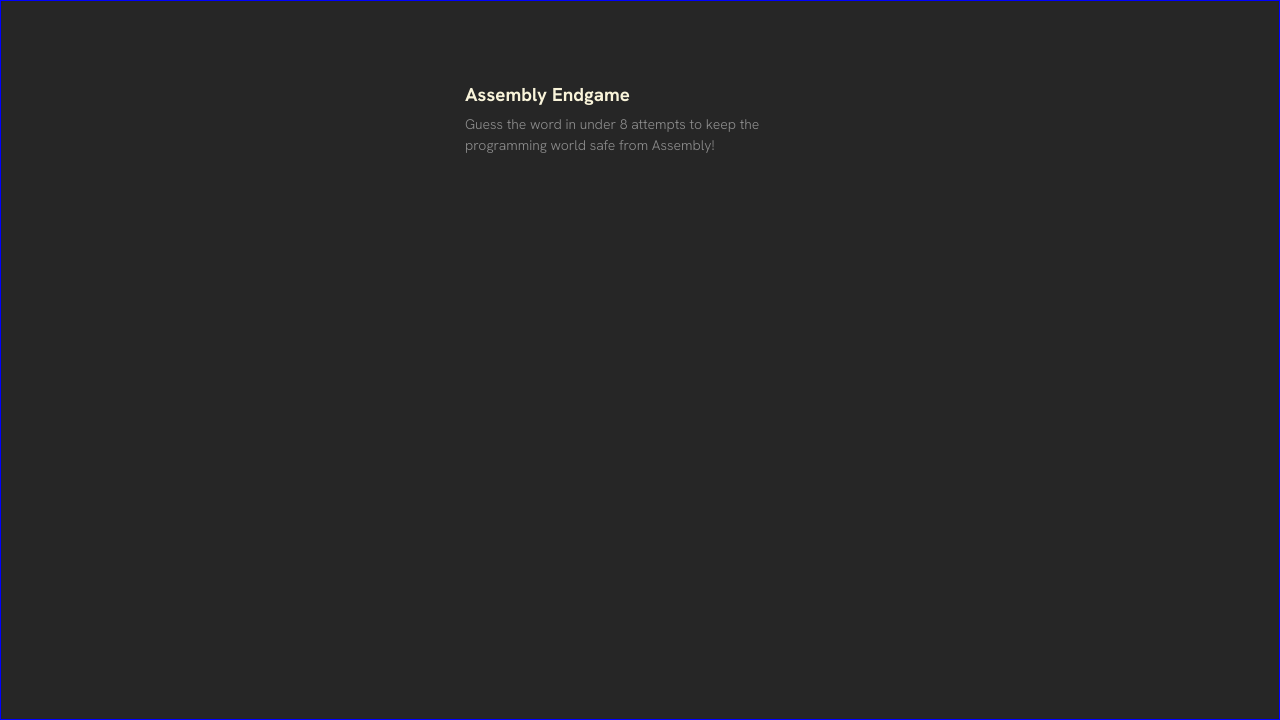
Repository: AchrafAzzaoui/AssemblyEndgame
Page: / (app in assembly-endgame/)
An editor plug-in stored every save of this project. The page is shown before and after the next save, followed by the edit.
The browser window is 1280 px wide. The pictures show the whole page.
The project was rebuilt for these pictures with package versions that can differ from the ones it lists, and the page was loaded fresh each time. Also part of the build but not shown: assembly-endgame/vite.config.js.

Above is the page before, as saved 2024-12-24 20:10:12.

### assembly-endgame/index.html
<!DOCTYPE html>
<html lang="en">
  <head>
    <meta charset="UTF-8" />
    <link rel="icon" type="image/svg+xml" href="/vite.svg" />
    <meta name="viewport" content="width=device-width, initial-scale=1.0" />
    <link
      href="https://fonts.googleapis.com/css2?family=Hanken+Grotesk:wght@300;400;500;600;700&display=swap"
      rel="stylesheet"
    />
    <title>Assembly Endgame</title>
  </head>
  <body>
    <div id="root"></div>
    <script type="module" src="/src/main.jsx"></script>
  </body>
</html>

### assembly-endgame/src/index.css
* {
  margin: 0;
  padding: 0;
  box-sizing: border-box;
}
body {
  font-family: "Hanken Grotesk", sans-serif;
  background-color: #262626;
  color: #d9d9d9;
  padding: 80px 40px;
  height: 100vh;
  display: flex;
  justify-content: center;
  border: 1px solid blue;
}

.header {
  text-align: center;
  border: 1px solid red;
}
.game-title,
.game-description {
  line-height: 1.5;
}
.game-title {
  color: #f9f4da;
}
.game-description {
  margin-top: 5px;
  font-weight: 300;
  color: #8e8e8e;
  font-size: 0.875rem;
  max-width: 350px;
}

### assembly-endgame/src/App.jsx
import { useState } from "react";

export default function App() {
  return (
    <main>
      <header>
        <h3 className="game-title">Assembly Endgame</h3>
        <p className="game-description">
          Guess the word in under 8 attempts to keep the programming world safe
          from Assembly!
        </p>
      </header>
    </main>
  );
}

Loaded but not shown: assembly-endgame/src/main.jsx (common file)

After the next save:
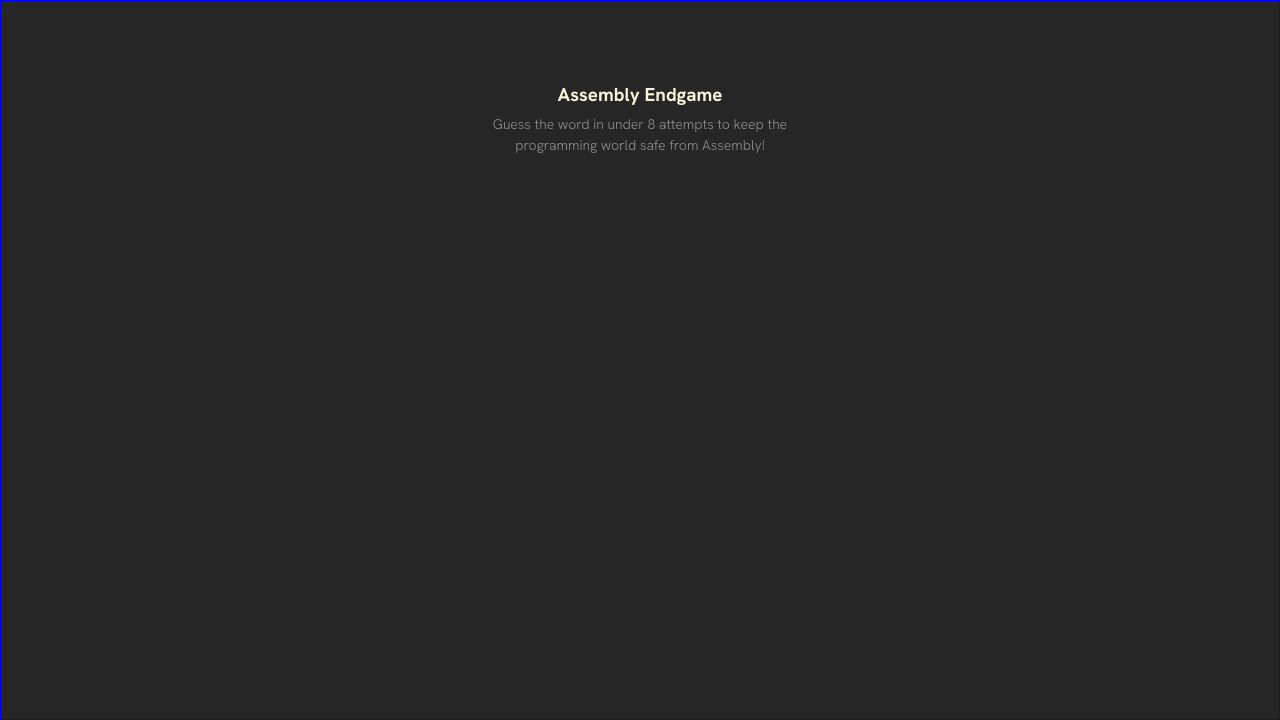
Saved 28 s later.
--- a/assembly-endgame/src/index.css
+++ b/assembly-endgame/src/index.css
@@ -14,9 +14,8 @@
   border: 1px solid blue;
 }
 
-.header {
+header {
   text-align: center;
-  border: 1px solid red;
 }
 .game-title,
 .game-description {
